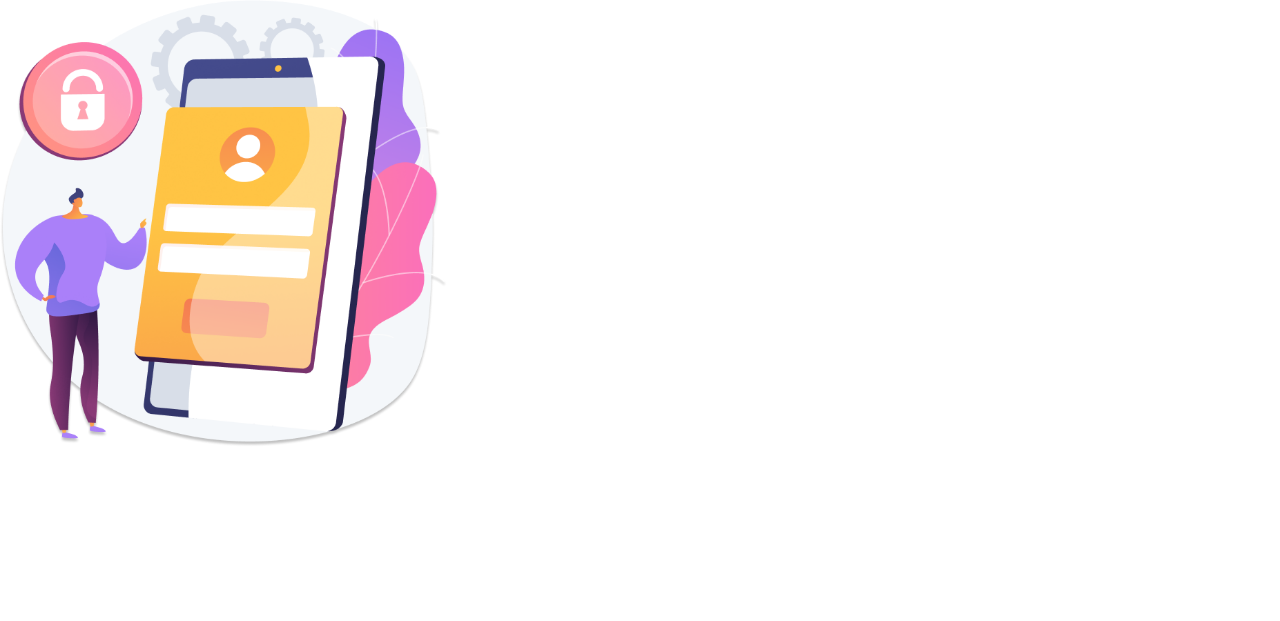
Repository: kauittt/Demo
Page: / (app in FE/vite-project/)
The author's editor kept a copy of each file at every save. The page is drawn from the files as they stood at one save, then again after the next save.
The browser window is 1280 px wide. The pictures show the whole page.
The project was rebuilt for these pictures with package versions that can differ from the ones it lists, and the page was loaded fresh each time. Also part of the build but not shown: FE/vite-project/vite.config.js.

Above is the page before, as saved 2024-08-16 10:31:05.

### FE/vite-project/src/main.jsx
import { render } from "preact";
import { App } from "./app.jsx";
import "./index.css";

render(<App />, document.getElementById("app"));

### FE/vite-project/src/app.jsx
import LoginPage from "./components/page/LoginPage";

export function App() {
    console.log(window.innerHeight);
    console.log(window.innerWidth);
    // 1536 - 703
    // 1920 - 1024
    // 0.8 - 0.7
    return (
        <div className="flex flex-center ">
            <LoginPage></LoginPage>
        </div>
    );
}

### FE/vite-project/src/index.css
@tailwind base;
@tailwind components;
@tailwind utilities;

* {
    scrollbar-width: thin;
}

@layer components {
    .transition-base {
        @apply transition-all duration-200 ease-in-out;
    }

    .hover-main {
        /** Chữ xanh - Nền trắng ->(HOVER) Chữ trắng - Nền xanh */
        @apply text-main hover:text-white hover:bg-main rounded;
    }

    .flex-center {
        @apply justify-center items-center;
    }
}

.container {
    width: 100%;
}
@media (min-width: 640px) {
    .container {
        max-width: 640px;
    }
}
@media (min-width: 768px) {
    .container {
        max-width: 768px;
    }
    @media (min-width: 1024px) {
        .container {
            max-width: 1024px;
        }
    }
    @media (min-width: 1280px) {
        .container {
            max-width: 1280px;
        }
    }
    @media (min-width: 1400px) {
        .container,
        .container-lg,
        .container-md,
        .container-sm,
        .container-xl,
        .container-xxl {
            max-width: 1320px;
        }
    }
}

### FE/vite-project/src/components/page/LoginPage.jsx
import React from "react";

const LoginPage = () => {
    return (
        <div className="flex w-full h-screen">
            {/*//! Image */}
            <div className="w-1/2">
                <img
                    src="./image/login.png"
                    alt="Description"
                    className="max-w-[448px] w-full object-cover"
                />
            </div>
        </div>
    );
};

export default LoginPage;

### FE/vite-project/tailwind.config.js
/** @type {import('tailwindcss').Config} */
export default {
    content: ["./index.html", "./src/**/*.{js,ts,jsx,tsx}"],
    theme: {
        colors: {
            main: "#109CF1", //* Màu chủ đạo
            text: "#3A3A49", //* Màu chữ
            white: "#FFF", //* Trắng
            bgr: "#F5F5F5", //* Background
            border: "#EBEFF2", //* Customer Item's Border
            grey: "#C2C2C2", //* Input border
            black: "#000",
            red: "#FD4848", //* Error, Avatar
        },
        extend: {
            fontFamily: {
                sans: ["Work Sans", "sans-serif"],
            },
            boxShadow: {
                custom: "rgba(50, 50, 105, 0.15) 0px 2px 5px 0px, rgba(0, 0, 0, 0.05) 0px 1px 1px 0px",
            },
        },
    },
    plugins: [],
};

Loaded but not shown: FE/vite-project/index.html (common file)

After the next save:
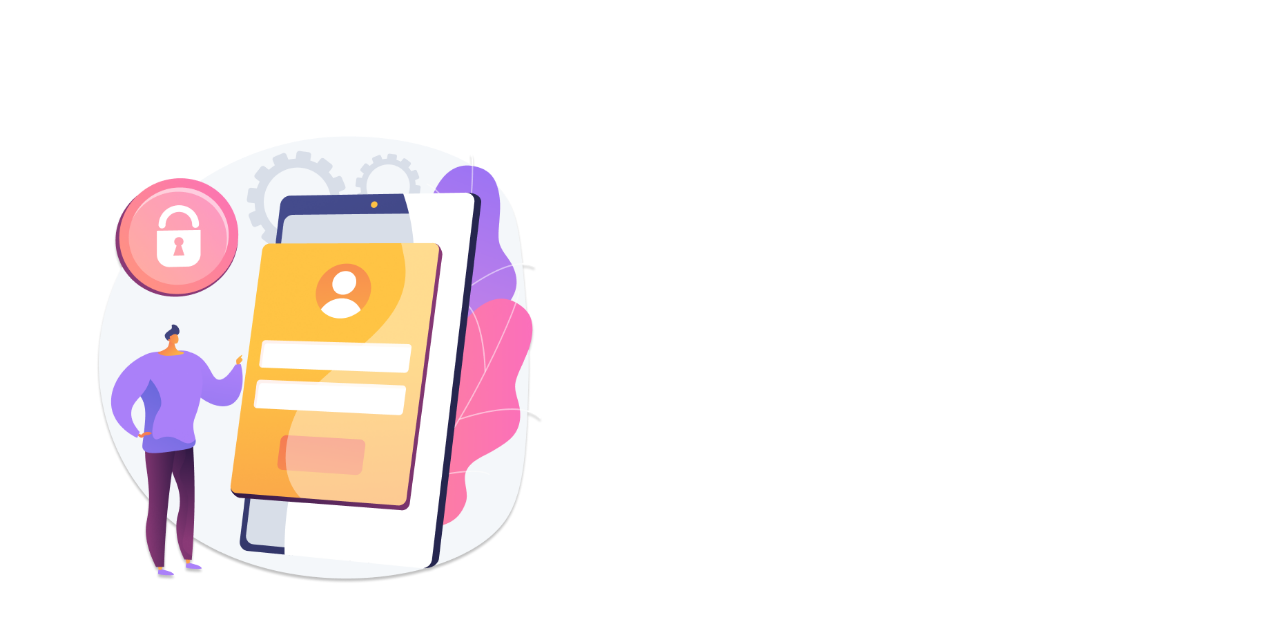
Saved 13 s later.
--- a/FE/vite-project/src/components/page/LoginPage.jsx
+++ b/FE/vite-project/src/components/page/LoginPage.jsx
@@ -4,7 +4,7 @@ const LoginPage = () => {
     return (
         <div className="flex w-full h-screen">
             {/*//! Image */}
-            <div className="w-1/2">
+            <div className="w-1/2 flex flex-center">
                 <img
                     src="./image/login.png"
                     alt="Description"
